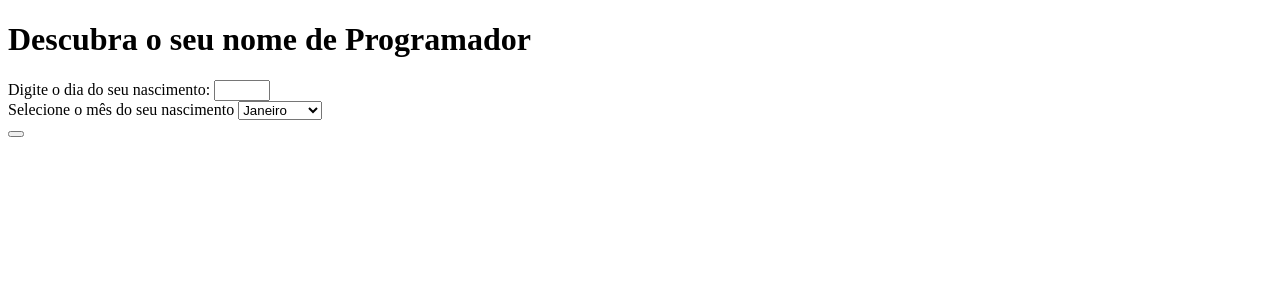
Repository: analessp/seu-nome-dev
Page: index.html
These files come from the project's save history. The page is drawn as it stood at one moment and after the next save; the edit follows.
The browser window is 1280 px wide. The pictures show the whole page.

Above is the page before, as saved 2025-05-13 10:40:58.

After the next save:
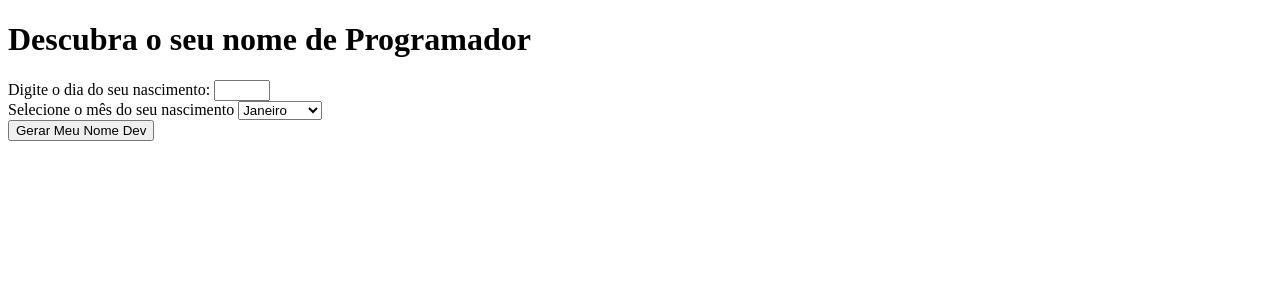
Saved 8 s later.
--- a/index.html
+++ b/index.html
@@ -30,7 +30,7 @@
                 <option value="12">Dezembro</option>
             </select>
         </div>
-        <button onclick="gerarNomeDev()"></button>
+        <button onclick="gerarNomeDev()">Gerar Meu Nome Dev</button>
     </div>
 
 </body>
